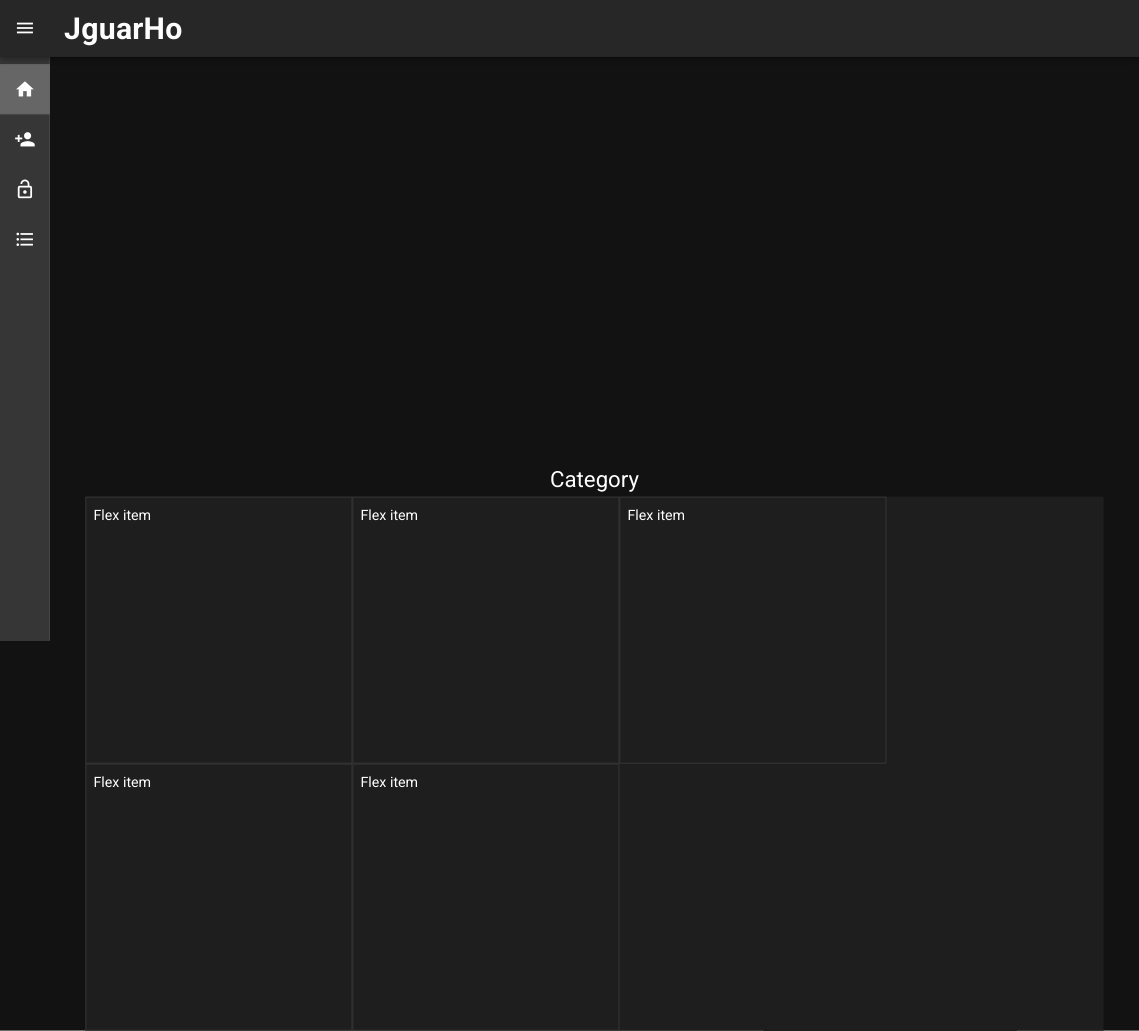
Repository: agent501/MRMS
Page: /
These files come from the project's save history. The page is drawn as it stood at one moment and after a run of saves; the edit follows.
The browser window is 1280 px wide. The pictures show the whole page, at 89% of full size.
The page's requests for data from a server got no answer. The project was rebuilt for these pictures with package versions that can differ from the ones it lists, and the page was loaded fresh each time. No one was signed in, and anything a server would have sent is missing. Also part of the build but not shown: vue.config.js, src/components/Product/products.vue, src/components/Product/product.vue, src/components/Product/createproduct.vue, src/components/User/signin.vue, src/components/User/signup.vue, src/components/User/profile.vue, src/components/Shared/Alert.vue and 2 more. Imported but missing from the stored project, and not drawn on this page: src/router/auth-guard.js.

Above is the page before, as saved 2020-08-05 11:18:43.

### src/main.js
import Vue from 'vue';
import App from './App.vue';
import router from './router';
import { store } from './store';
import alert from './components/Shared/Alert.vue';
import vuetify from './plugins/vuetify';
import { fb } from './components/firebase/firebase.js';
import * as firebase from 'firebase';
import editproductdiaglog from './components/Product/Edit/editproductdialog.vue';
import editprogressbar from './components/Product/Edit/editprogressbar.vue';

Vue.component('app-alert', alert);
Vue.component('app-edit-product', editproductdiaglog);
Vue.component('app-edit-progress', editprogressbar);

Vue.config.productionTip = false;

new Vue({
  router,
  store,
  vuetify,
  render: (h) => h(App),
  created() {
    fb;
    firebase.auth().onAuthStateChanged((user) => {
      if (user) {
        this.$store.dispatch('autosignin', user);
      }
    });
    this.$store.dispatch('loadProducts');
  },
}).$mount('#app');

### src/App.vue
<template>
  <v-app>
    <v-navigation-drawer v-model="drawer" :mini-variant.sync="mini" app clipped dense permanent>
      <v-list>
        <v-list-item to="/">
          <v-list-item-icon>
            <v-icon medium>home</v-icon>
          </v-list-item-icon>

          <v-list-item-content>
            <v-list-item-title>Home</v-list-item-title>
          </v-list-item-content>
        </v-list-item>

        <v-divider></v-divider>
        <v-list-item v-for="item in menuItems" :key="item.title" router :to="item.link">
          <v-list-item-icon>
            <v-icon medium>{{ item.icon }}</v-icon>
          </v-list-item-icon>

          <v-list-item-content>
            <v-list-item-title>{{ item.text }}</v-list-item-title>
          </v-list-item-content>
        </v-list-item>
        <v-list-item v-if="userIsAuthenticated || adminIsAuthenticated" @click="onLogout">
          <v-list-item-icon>
            <v-icon>exit_to_app</v-icon>
          </v-list-item-icon>
          <v-list-item-content>Logout</v-list-item-content>
        </v-list-item>
      </v-list>
    </v-navigation-drawer>

    <v-app-bar app clipped-left>
      <v-app-bar-nav-icon @click.stop="mini=!mini"></v-app-bar-nav-icon>
      <v-toolbar-title class="font-weight-bold display-1">
        <router-link to="/" tag="span" style="cursor:pointer">JguarHo</router-link>
      </v-toolbar-title>
    </v-app-bar>

    <!-- Page Content -->
    <v-content>
      <router-view></router-view>
    </v-content>

    <!-- <v-footer>
      <span>JguarHo &copy; Copyright Reserved</span>
    </v-footer>-->
  </v-app>
</template>

<script>
// import HelloWorld from './components/HelloWorld';

export default {
  name: 'App',

  components: {
    // HelloWorld,
  },
  props: {
    source: String
  },
  data: () => ({
    mini: true,
    drawer: true
    // items: [
    //   { icon: 'lock_open', text: 'Sign In', link: '/signin' },
    //   { icon: 'home', text: 'Home', link: '/' },
    //   { icon: 'list', text: 'All Products', link: '/products' },
    //   { icon: 'help_outline', text: 'About Us', link: '' }
    // ]
  }),
  computed: {
    menuItems() {
      let items = [
        { icon: 'person_add', text: 'Sign Up', link: '/signup' },
        { icon: 'lock_open', text: 'Sign In', link: '/signin' },

        {
          icon: 'format_list_bulleted',
          text: 'All Products',
          link: '/products'
        }
        // { icon: 'person', text: 'About Us', link: '' }
      ];
      if (this.adminIsAuthenticated) {
        items = [
          {
            icon: 'create_new_folder',
            text: 'Create Product',
            link: '/createproduct'
          },
          {
            icon: 'format_list_bulleted',
            text: 'All Products',
            link: '/products'
          },
          {
            icon: 'person',
            text: 'Profile',
            link: '/profile/' + this.adminIsAuthenticated.id
          }
        ];
      } else if (this.userIsAuthenticated) {
        items = [
          {
            icon: 'format_list_bulleted',
            text: 'All Products',
            link: '/products'
          },
          {
            icon: 'person',
            text: 'Profile',
            link: '/profile/' + this.userIsAuthenticated.id
          }
        ];
      }
      return items;
    },
    adminIsAuthenticated() {
      return (
        this.$store.getters.user !== null &&
        this.$store.getters.user !== undefined &&
        this.$store.getters.user.id === 'ktQMfIIbLQRTlySJDVzU9JbCF293' &&
        this.$store.getters.user
      );
    },
    userIsAuthenticated() {
      return (
        this.$store.getters.user !== null &&
        this.$store.getters.user !== undefined &&
        this.$store.getters.user
      );
    }
  },
  created() {
    this.$vuetify.theme.dark = true;
  },
  methods: {
    onLogout() {
      this.$store.dispatch('logout');
      this.$router.push('/');
    }
  }
};
</script>

### src/router/index.js
import Vue from 'vue';
import VueRouter from 'vue-router';
import home from '../components/Home.vue';
import products from '../components/Product/products.vue';
import product from '../components/Product/product.vue';
import createproduct from '../components/Product/createproduct.vue';
import signin from '../components/User/signin.vue';
import signup from '../components/User/signup.vue';
import profile from '../components/User/profile.vue';
import AuthGuard from '../router/auth-guard.js';

Vue.use(VueRouter);

export default new VueRouter({
  mode: 'history',
  routes: [
    { path: '/', name: 'home', component: home },
    { path: '/products', name: 'products', component: products },
    {
      path: '/createproduct',
      name: 'createproduct',
      component: createproduct,
      beforeEnter: AuthGuard,
    },
    { path: '/signin', name: 'signin', component: signin },
    { path: '/signup', name: 'signup', component: signup },
    {
      path: '/profile/:id',
      name: 'profile',
      component: profile,
      beforeEnter: AuthGuard,
    },
    {
      path: '/products/:id',
      name: 'product',
      props: true,
      component: product,
    },
  ],
});

### src/store/index.js
import Vue from 'vue';
import Vuex from 'vuex';

import product from './product';
import user from './user';
import shared from './shared';

Vue.use(Vuex);

export const store = new Vuex.Store({
  modules: {
    product: product,
    user: user,
    shared: shared,
  },
});

### src/plugins/vuetify.js
import Vue from 'vue';
import Vuetify from 'vuetify/lib';
import '@mdi/font/css/materialdesignicons.css'; //
import 'material-design-icons-iconfont/dist/material-design-icons.css';

Vue.use(Vuetify);

export default new Vuetify({
  icons: {
    iconfont: 'mdi',
  },
});

### src/components/firebase/firebase.js
import firebase from 'firebase/app';
import 'firebase/firestore';
import 'firebase/storage';

var firebaseConfig = {
  apiKey: 'AIzaSyBJdvJyA-ac-dO3JYy-4WKY7wIkma-Y1fI',
  authDomain: 'mrms-2ae69.firebaseapp.com',
  databaseURL: 'https://mrms-2ae69.firebaseio.com',
  projectId: 'mrms-2ae69',
  storageBucket: 'mrms-2ae69.appspot.com',
  messagingSenderId: '287673096935',
  appId: '1:287673096935:web:7f7f75dea0b5657353e042',
  measurementId: 'G-EKPLN37GXX',
};

export const fb = firebase.initializeApp(firebaseConfig);

### src/components/Home.vue
<template>
  <div class="mx-10" style="max-width:1800px">
    <v-layout>
      <v-flex xs12 class="text-xs-center" v-if="!loading">
        <v-progress-circular
          indeterminate
          class="primary--text"
          :width="7"
          :size="70"
          v-if="loading"
        ></v-progress-circular>
      </v-flex>
    </v-layout>

    <v-carousel
      cycle
      class="mt-4"
      height="400"
      hide-delimiters
      show-arrows-on-hover
      width="100%"
      style="cursor:pointer"
    >
      <v-carousel-item
        v-for="product in products"
        :key="product.id"
        @click="onLoadProduct(product.id)"
      >
        <div class="text-right">
          <span class="title">{{ product.name }}</span>
        </div>
        <img :src="product.featureimage" style="height: 100%; width: 100%; object-fit: contain" />
      </v-carousel-item>
    </v-carousel>

    <div>
      <div class="mt-10 text-center" style="font-size:25px">Category</div>
      <div>
        <v-card class="d-flex flex-wrap" flat tile>
          <v-card
            v-for="n in 5"
            :key="n"
            class="pa-2"
            width="300"
            height="300"
            outlined
            tile
          >Flex item</v-card>
        </v-card>
      </div>
    </div>
  </div>
</template>

<script>
export default {
  // data: () => ({
  //   images: [
  //     {
  //       src: 'https://cdn.vuetifyjs.com/images/carousel/squirrel.jpg',
  //       title: 'image1asdasdasdsadasdasdsadasdasd',
  //       id: 'asdad123'
  //     },
  //     {
  //       src: 'https://cdn.vuetifyjs.com/images/carousel/sky.jpg',
  //       title: 'image2',
  //       id: 'asdasd1223'
  //     },
  //     {
  //       src: 'https://cdn.vuetifyjs.com/images/carousel/bird.jpg',
  //       title: 'image3',
  //       id: 'asdad13223'
  //     },
  //     {
  //       src: 'https://cdn.vuetifyjs.com/images/carousel/planet.jpg',
  //       title: 'image4',
  //       id: 'asdaasd1123'
  //     }
  //   ]
  // }),
  computed: {
    products() {
      return this.$store.getters.featuredProducts;
    },
    loading() {
      return this.$store.getters.loading;
    },
  },
  methods: {
    onLoadProduct(id) {
      this.$router.push('/products/' + id);
    },
  },
};
</script>

<style scoped>
.title {
  background-color: rgba(235, 235, 235, 0.897);
  color: black;

  padding: 10px 30px;
}
</style>

### src/store/product/index.js
import * as firebase from 'firebase';

export default {
  state: {
    loadedProducts: [],
  },
  mutations: {
    createProduct(state, payload) {
      state.loadedProducts.push(payload);
    },
    setLoadedProducts(state, payload) {
      state.loadedProducts = payload;
    },
    updateProduct(state, payload) {
      const product = state.loadedProducts.find((product) => {
        return product.id === payload.id;
      });
      if (payload.name) {
        product.name = payload.name;
      }
      if (payload.description) {
        product.description = payload.description;
      }
      if (payload.earningperunit) {
        product.earningperunit = payload.earningperunit;
      }
      if (payload.investmentperunit) {
        product.investmentperunit = payload.investmentperunit;
      }
    },
    updateProgress(state, payload) {
      const product = state.loadedProducts.find((product) => {
        return product.id === payload.id;
      });
      if (payload.productprogressbar) {
        product.productprogressbar = payload.productprogressbar;
      }
    },
    deleteProduct(state, payload) {
      const registeredProducts = state.loadedProducts;
      registeredProducts.splice(
        registeredProducts.findIndex((product) => product.id === payload),
        1
      );
      // Reflect.deleteProperty(state.user.fbKeys,payload)
    },
  },
  actions: {
    loadProducts({ commit }) {
      commit('setLoading', true);
      firebase
        .database()
        .ref('products')
        .once('value')
        .then((data) => {
          const products = [];
          const obj = data.val();
          for (let key in obj) {
            products.push({
              id: key,
              name: obj[key].name,
              description: obj[key].description,
              investmentperunit: obj[key].investmentperunit,
              earningperunit: obj[key].earningperunit,
              creatorId: obj[key].creatorId,
              productimage: obj[key].productimage,
              productprogressbar: obj[key].productprogressbar,
              featureimage: obj[key].productimage[0],
            });
          }
          commit('setLoadedProducts', products);
          commit('setLoading', false);
        })
        .catch((error) => {
          console.log(error);
          commit('setLoading', true);
        });
    },
    deleteProduct({ commit }, payload) {
      const productId = payload;
      console.log(productId);
      firebase
        .database()
        .ref('products')
        .child(productId)
        .remove()
        .then(function () {
          // File deleted successfully

          console.log('success');
        })
        .catch(function (error) {
          // Uh-oh, an error occurred!
          console.log(error);
        });
      commit('deleteProduct', payload);
    },
    createProduct({ commit, getters }, payload) {
      const product = {
        name: payload.name,
        description: payload.description,
        investmentperunit: payload.investmentperunit,
        earningperunit: payload.earningperunit,
        productimage: payload.productimage,
        productprogressbar: payload.productprogressbar,
        creatorId: getters.user.id,
      };
      let key;
      firebase
        .database()
        .ref('products')
        .push(product)
        .then((data) => {
          //specific product id
          key = data.key;
          commit('createProduct', { ...product, id: key });
          // return key
        });
    },
    updateproductdata({ commit }, payload) {
      commit('loading', true);
      const updateObj = {};
      if (payload.name) {
        updateObj.name = payload.name;
      }
      if (payload.desscription) {
        updateObj.description = payload.desscription;
      }
      if (payload.earningperunit) {
        updateObj.earningperunit = payload.earningperunit;
      }
      if (payload.investmentperunit) {
        updateObj.investmentperunit = payload.investmentperunit;
      }
      firebase
        .database()
        .ref('products')
        .child(payload.id)
        .update(updateObj)
        .then(() => {
          commit('setLoading', false);
          commit('updateProduct', payload);
        })
        .catch((error) => {
          console.log(error);
          commit('setLoading', false);
        });
    },
    updateprogressdata({ commit }, payload) {
      commit('loading', true);
      const updateObj = {};
      if (payload.productprogressbar) {
        updateObj.productprogressbar = payload.productprogressbar;
      }

      firebase
        .database()
        .ref('products')
        .child(payload.id)
        .update(updateObj)
        .then(() => {
          commit('setLoading', false);
          commit('updateProgress', payload);
        })
        .catch((error) => {
          console.log(error);
          commit('setLoading', false);
        });
    },
  },
  getters: {
    loadedProducts(state) {
      return state.loadedProducts.sort((productA, productB) => {
        return productA.date > productB.date;
      });
    },
    featuredProducts(state, getters) {
      return getters.loadedProducts.slice(0, 5);
    },
    loadedProduct(state) {
      return (productId) => {
        return state.loadedProducts.find((product) => {
          return product.id === productId;
        });
      };
    },
  },
  modules: {},
};

### src/store/user/index.js
import * as firebase from 'firebase';

export default {
  state: {
    user: null,
    profile: [],
  },
  mutations: {
    setUser(state, payload) {
      state.user = payload;
    },
    setLoadedProfile(state, payload) {
      state.profile = payload;
    },
    updateProfile(state, payload) {
      const profile = state.profile;

      if (payload.name) {
        profile.name = payload.name;
      }
      if (payload.email) {
        profile.email = payload.email;
      }
      if (payload.icnumber) {
        profile.icnumber = payload.icnumber;
      }
      if (payload.phonenumber) {
        profile.phonenumber = payload.phonenumber;
      }
      if (payload.ssmimage) {
        profile.ssmimage = payload.ssmimage;
      }
    },
  },
  actions: {
    signUp({ commit }, payload) {
      // perform the mutation set loading because no matter user success sign up or not it will always display loading
      commit('setLoading', true);
      commit('clearError');
      firebase
        .auth()
        // passing the email and password fetch from the signup page and send to the firebasenpm
        .createUserWithEmailAndPassword(payload.email, payload.password)
        //if success, get the unique id from the firebase and set it on the format that is same as state
        .then((response) => {
          // set loading in the state back to false because is already succeed
          commit('setLoading', false);

          const newUser = {
            userid: response.user.uid,
            registeredProducts: [],
            fbKeys: {},
            email: payload.email,
            phonenumber: payload.phonenumber,
            icnumber: payload.icnumber,
            name: payload.name,
            ssmimage: payload.image,
          };
          let key;
          firebase
            .database()
            .ref('profiles')
            .push(newUser)
            .then((data) => {
              //specific product id
              key = data.userid;
              commit('createProfile', { ...newUser, id: key });
              // return key
            });

          commit('setUser', newUser);
        })
        // if got error
        .catch((error) => {
          // set loading in the state back to false because there's a error occur
          commit('setLoading', false);
          // perform the mutation of setError to display the error
          commit('setError', error);
          console.log(error);
        });
    },
    logIn({ commit }, payload) {
      // perform the mutation set loading because no matter user success sign in or not it will always display loading
      commit('setLoading', true);
      commit('clearError');
      firebase
        .auth()
        // sending the user email and password to the firebase for matchmaking in order to login
        .signInWithEmailAndPassword(payload.email, payload.password)
        .then((response) => {
          // set loading in the state back to false because is already succeed
          commit('setLoading', false);

          const newUser = {
            id: response.user.uid,
            registeredProducts: [],
            fbKeys: {},
          };

          firebase
            .database()
            .ref('profiles')
            .orderByChild('userid')
            .equalTo(newUser.id)
            .once('value')
            .then((data) => {
              const profile = [];
              const obj = data.val();
              for (let key in obj) {
                profile.push({
                  id: key,
                  name: obj[key].name,
                  email: obj[key].email,
                  icnumber: obj[key].icnumber,
                  phonenumber: obj[key].phonenumber,
                  userid: obj[key].userid,
                  ssmimage: obj[key].ssmimage,
                });
              }
              console.log(profile);
              commit('setLoadedProfile', profile);

              commit('setLoading', false);
            })
            .catch((error) => {
              console.log(error);
              commit('setLoading', true);
            });

          commit('setUser', newUser);
        }) // if got error
        .catch((error) => {
          // set loading in the state back to false because there's a error occur
          commit('setLoading', false);
          // perform the mutation of setError to display the error
          commit('setError', error);
          console.log(error);
        });
    },
    autosignin({ commit }, payload) {
      commit('setUser', { id: payload.uid, registeredProducts: [] });
    },
    logout({ commit }) {
      firebase.auth().signOut();
      commit('setUser', null);
    },
    updatePassword(payload) {
      var user = firebase.auth().currentUser;
      var updatepassword = payload.newpassword;
      var credential = firebase.auth.EmailAuthProvider.credential(
        payload.email,
        payload.currentpassword
      );

      user
        .reauthenticate(credential)
        .then(() => {
          user
            .updatePassword(updatepassword)
            .then(() => {
              this.dialog = true;
              console.log('update complete');
              if (this.dialog === false) {
                this.$router.push('/');
              }
            })
            .catch((error) => {
              console.log(error);
            });
        })
        .catch((error) => {
          console.log(error);
        });
    },
    updateProfileData({ commit }, payload) {
      commit('loading', true);
      const updateObj = {};
      if (payload.name) {
        updateObj.name = payload.name;
      }
      if (payload.email) {
        updateObj.email = payload.email;
      }
      if (payload.icnumber) {
        updateObj.icnumber = payload.icnumber;
      }
      if (payload.phonenumber) {
        updateObj.phonenumber = payload.phonenumber;
      }
      if (payload.ssmimage) {
        updateObj.ssmimage = payload.ssmimage;
      }
      firebase
        .database()
        .ref('profiles')
        .child(payload.id)
        .update(updateObj)
        .then(() => {
          commit('setLoading', false);
          commit('updateProfile', payload);
        })
        .catch((error) => {
          console.log(error);
          commit('setLoading', false);
        });
    },
  },
  getters: {
    user(state) {
      return state.user;
    },
  },
};

### src/store/shared/index.js
export default {
  state: {
    loading: false,
    error: null,
  },
  mutations: {
    setLoading(state, payload) {
      state.loading = payload;
    },
    // change the of status error in state
    setError(state, payload) {
      state.error = payload;
    },
    // change the status of error back to null
    clearError(state) {
      state.error = null;
    },
  },
  actions: {
    clearError({ commit }) {
      commit('clearError');
    },
  },
  getters: {
    error(state) {
      return state.error;
    },
    loading(state) {
      return state.loading;
    },
  },
};

Loaded but not shown: public/index.html (common file)

After the next 2 saves:
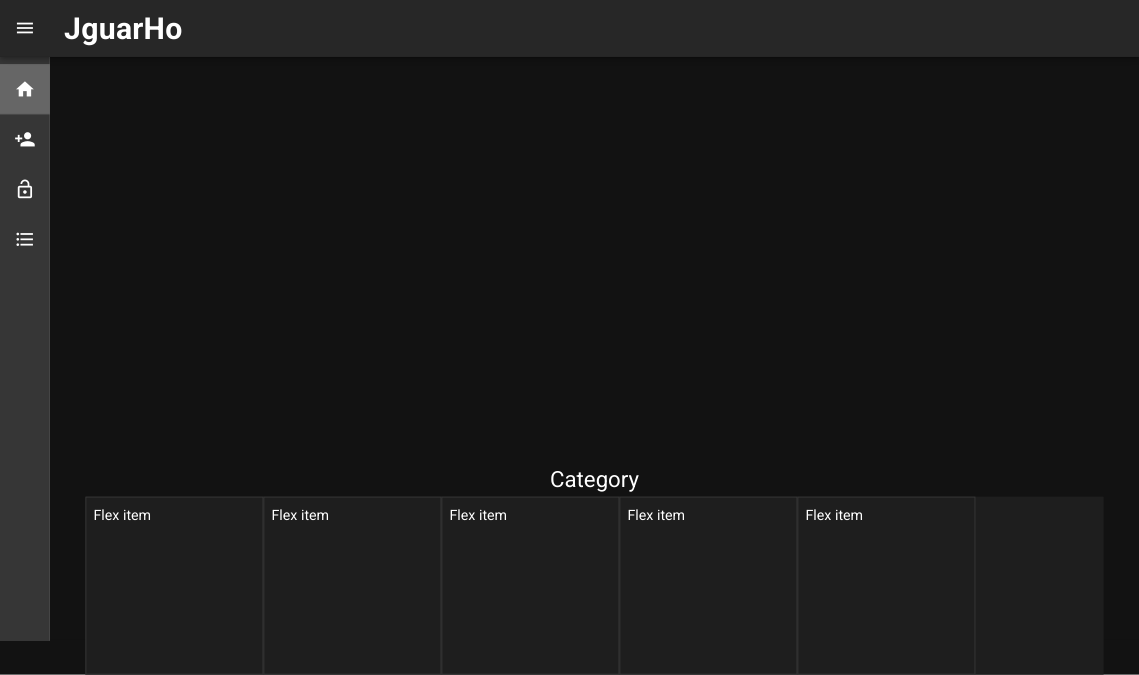
The 2 saves are shown as one change because they came seconds apart.
The last was saved 10 s later.
--- a/src/components/Home.vue
+++ b/src/components/Home.vue
@@ -41,8 +41,8 @@
             v-for="n in 5"
             :key="n"
             class="pa-2"
-            width="300"
-            height="300"
+            width="200"
+            height="200"
             outlined
             tile
           >Flex item</v-card>
